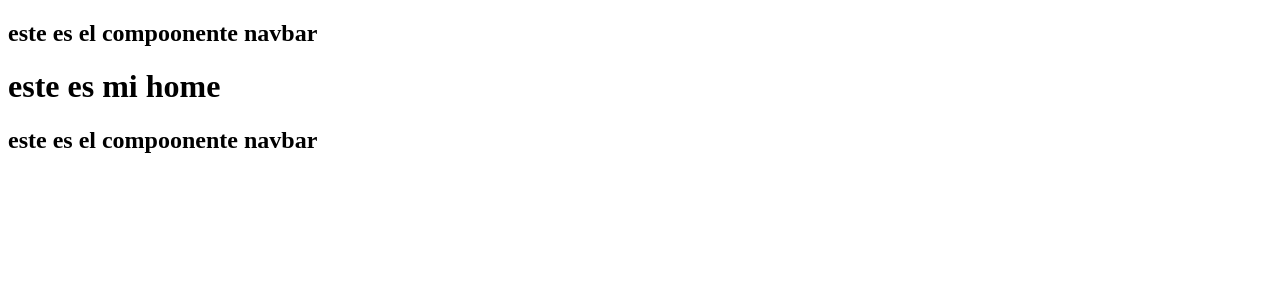
Repository: mauro8778/TurnoClinica
Page: / (app in front/vite-project/)
An editor plug-in stored every save of this project. The page is shown before and after the next save, followed by the edit.
The browser window is 1280 px wide. The pictures show the whole page.
The project was rebuilt for these pictures with package versions that can differ from the ones it lists, and the page was loaded fresh each time. Also part of the build but not shown: front/vite-project/vite.config.js.

Above is the page before, as saved 2024-04-11 18:04:13.

### front/vite-project/src/App.jsx
import NavBar from "./components/NavBar";
import Home from "./views/home";

function App() {


  return (
    <>

     <NavBar/>
     <Home/>
    </>
  )
}

export default App

### front/vite-project/src/components/NavBar.jsx
const NavBar=()=>{

    return(<>
    <h2>
        este es el compoonente navbar
    </h2>

    </>)
}

export default NavBar;

### front/vite-project/src/views/home.jsx
import NavBar from "../components/NavBar"

const Home = () => {
    return(
       <>
        <h1>este es mi home</h1>
        <NavBar/>
       </>
    )

}
export default Home

Loaded but not shown: front/vite-project/index.html (common file); front/vite-project/src/main.jsx (common file)

After the next save:
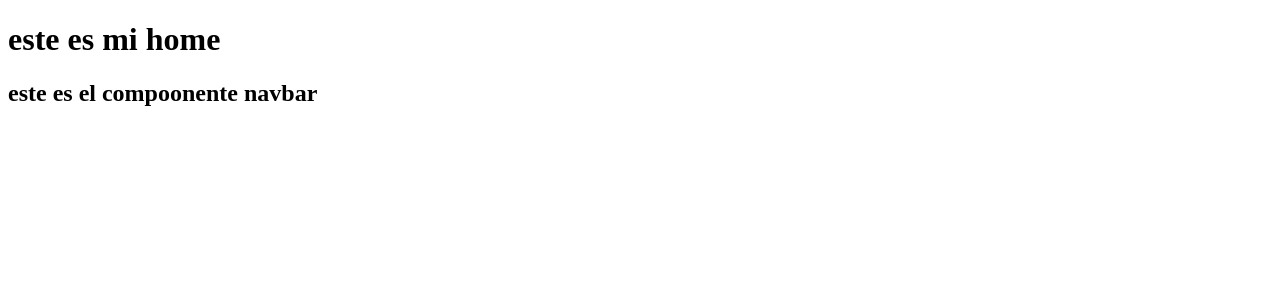
Saved 2 s later.
--- a/front/vite-project/src/App.jsx
+++ b/front/vite-project/src/App.jsx
@@ -1,4 +1,4 @@
-import NavBar from "./components/NavBar";
+
 import Home from "./views/home";
 
 function App() {
@@ -7,7 +7,7 @@ function App() {
   return (
     <>
 
-     <NavBar/>
+
      <Home/>
     </>
   )
